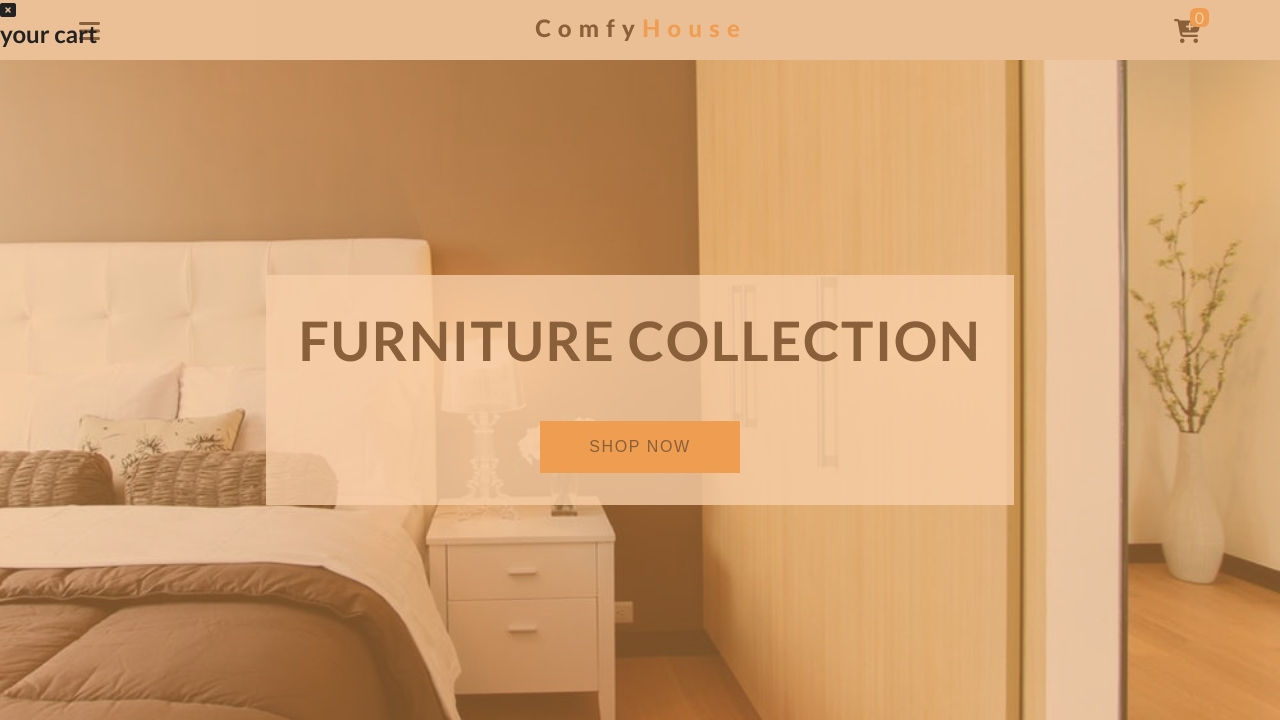
Repository: MohammadMazloum123/E-Commerce-Project
Page: images/index.html
An editor plug-in stored every save of this project. The page is shown before and after the next save, followed by the edit.
The browser window is 1280 px wide. The pictures show the window.
A layer covers the whole window, so only the first screen is drawn. Some web libraries are served in a nearby version.

Above is the page before, as saved 2024-02-18 14:06:51.

After the next save:
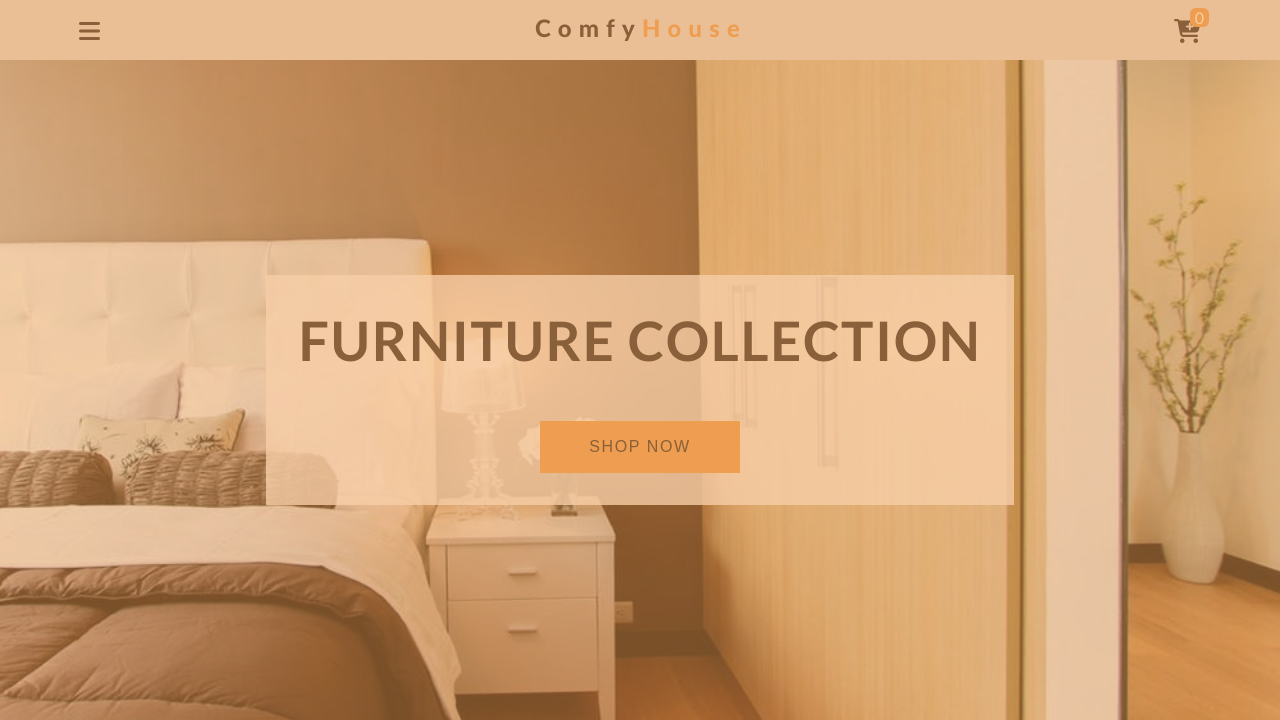
Saved 7 s later.
--- a/images/main.css
+++ b/images/main.css
@@ -176,7 +176,7 @@ body {
     transition: var(--mainTransition);
     background: rgb(240, 157, 81, 0.5);
     z-index: 2;
-    /*visibility: hidden;
+    /*visibility: hidden;*/
     }
     .cart {
     position: fixed;
